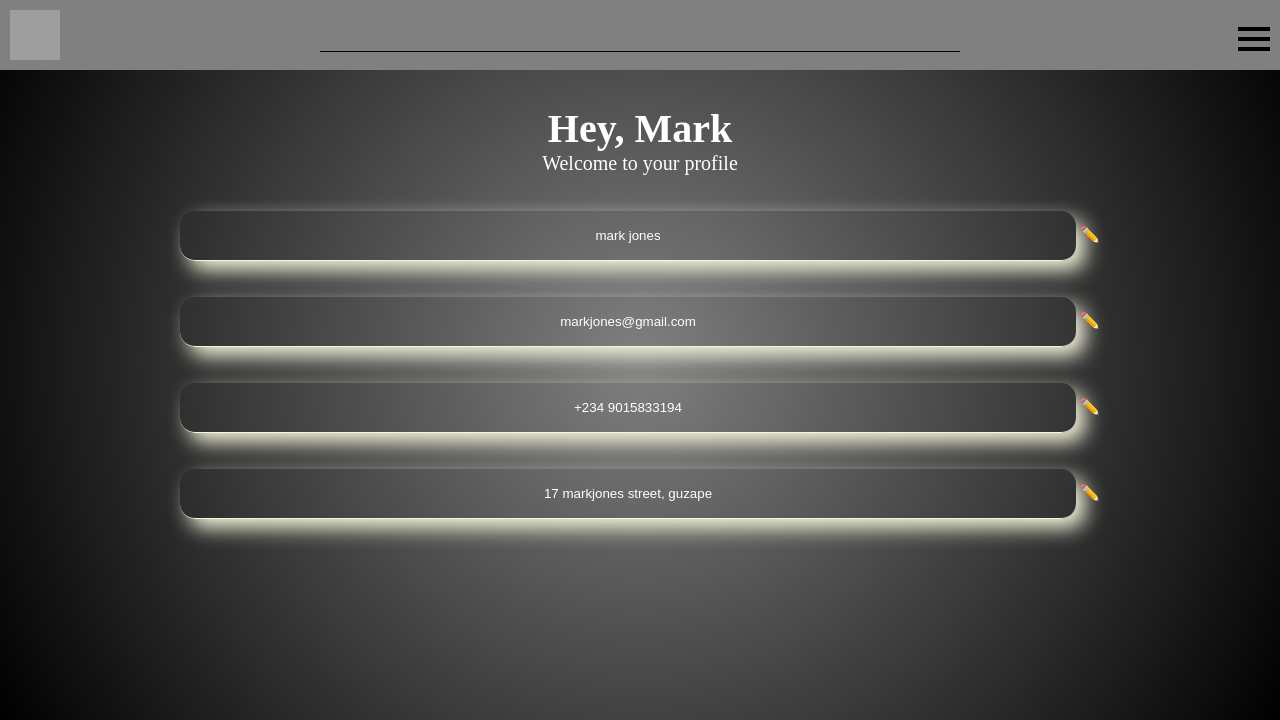
Repository: cmd-keyu/mobileppsh
Page: pages/account.html
The author's editor kept a copy of each file at every save. The page is drawn from the files as they stood at one save, then again after the next save.
The browser window is 1280 px wide. The pictures show the whole page.
Pictures or frames that could not be fetched are drawn as grey boxes.

Above is the page before, as saved 2024-11-12 19:20:23.

After the next save:
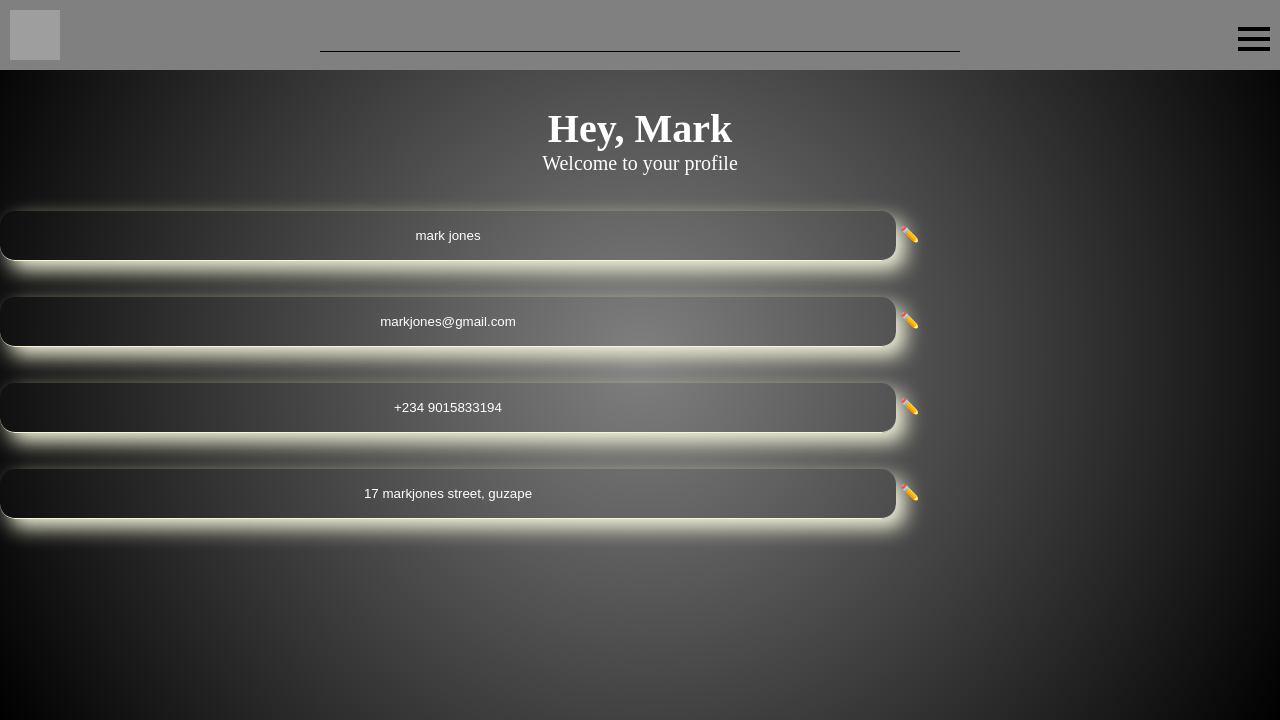
Saved 11 min 42 s later.
--- a/css/account.css
+++ b/css/account.css
@@ -180,11 +180,11 @@
 }
 
 
-.move_input{
+/* .move_input{
   display: flex;
   flex-direction: column;
   justify-self: center;
-}
+} */
 
 .hi{
   text-align: center;

After the save that followed:
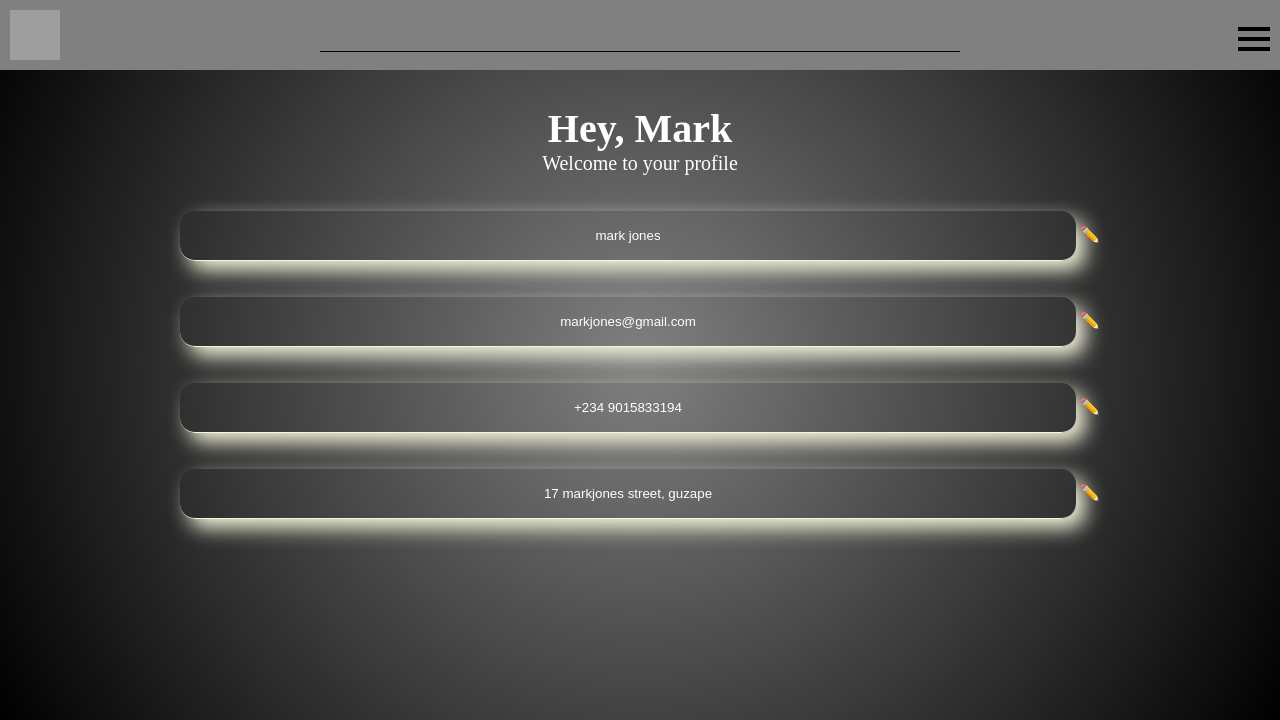
Saved 6 s later.
--- a/css/account.css
+++ b/css/account.css
@@ -180,11 +180,11 @@
 }
 
 
-/* .move_input{
+.move_input{
   display: flex;
   flex-direction: column;
   justify-self: center;
-} */
+}
 
 .hi{
   text-align: center;
